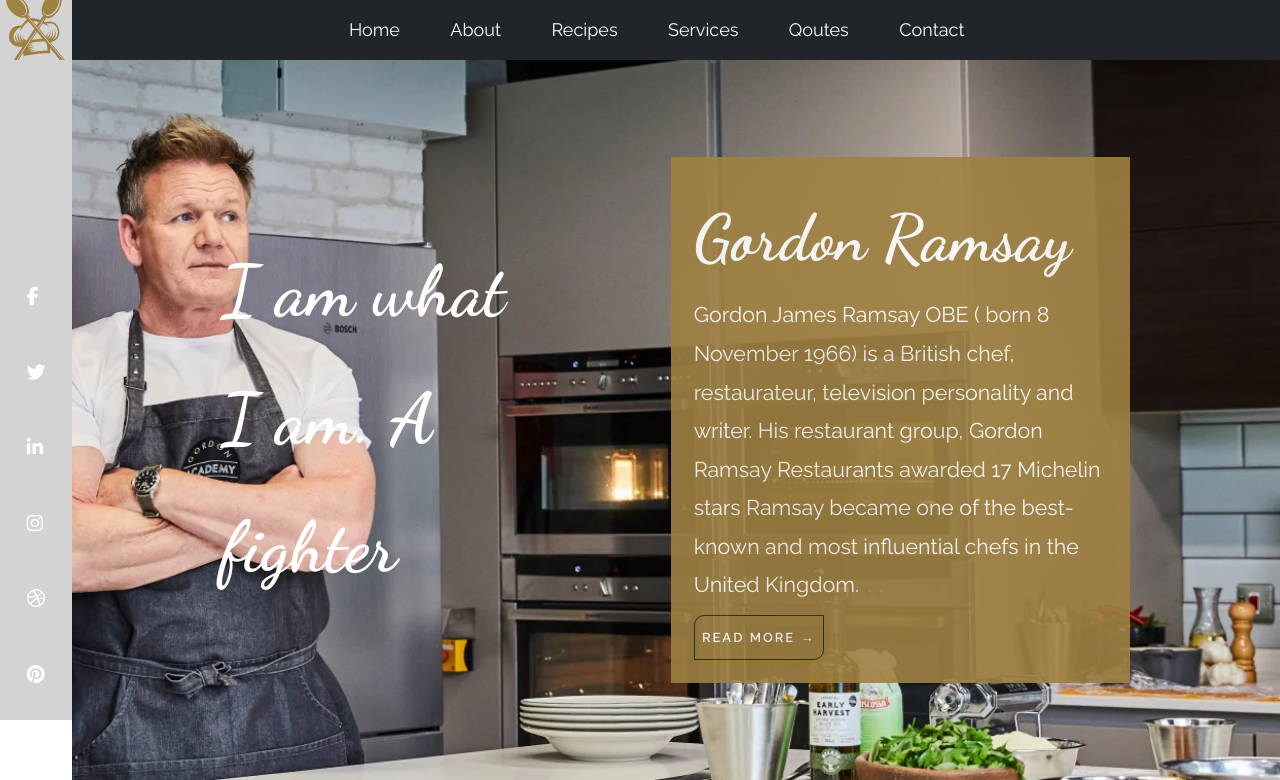
Repository: Esraa22M/Gordon-Ramsay-Biography
Page: index.html
These files come from the project's save history. The page is drawn as it stood at one moment and after the next save; the edit follows.
The browser window is 1280 px wide. The pictures show the whole page.
Backgrounds fixed to the window are drawn as part of the page. Some web libraries are served in a nearby version.

Above is the page before, as saved 2022-12-13 16:37:42.

After the next save:
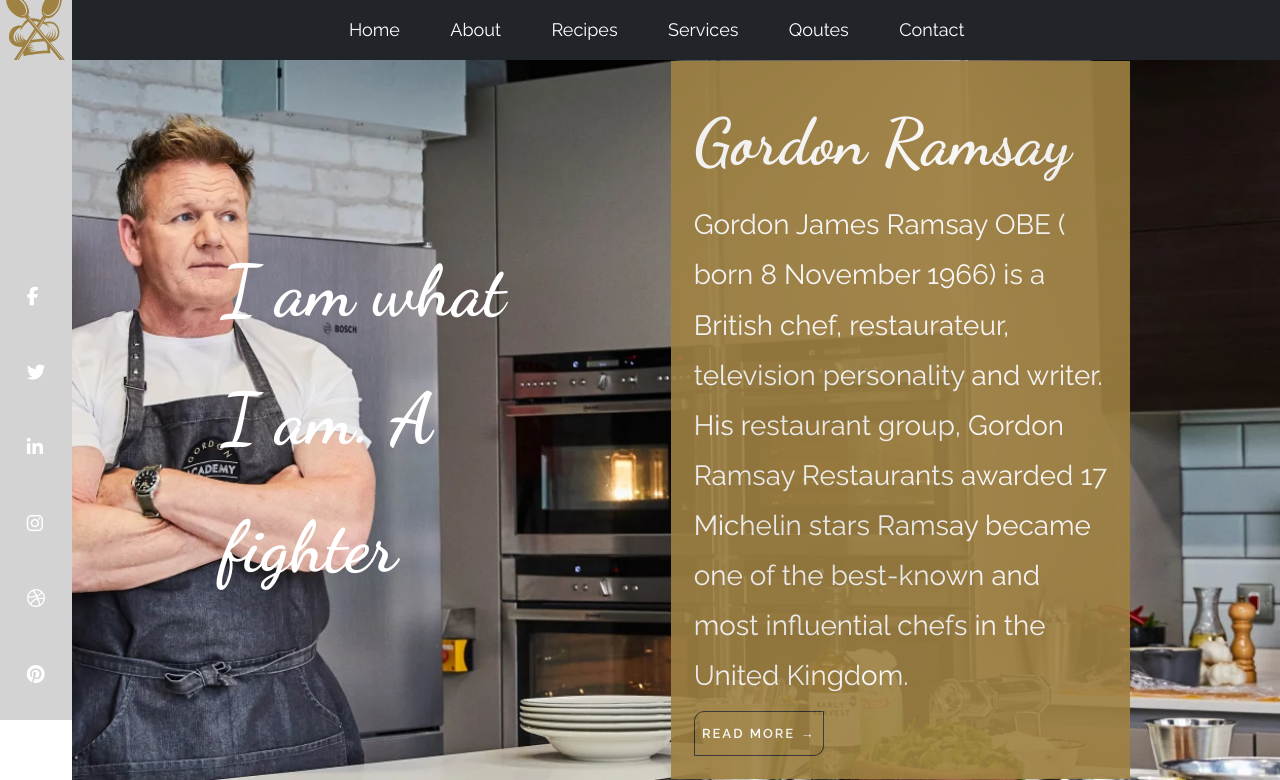
Saved 5 s later.
--- a/style.css
+++ b/style.css
@@ -181,7 +181,7 @@
   font-family: var(--ff-secondary);
 }
 .show-case__content--bio {
-  font-size: calc(1.5rem + 0.5vw);
+  font-size: calc(1.5rem + 1vw);
 }
 .show-case__content--link:visited,
 .show-case__content--link:link {
